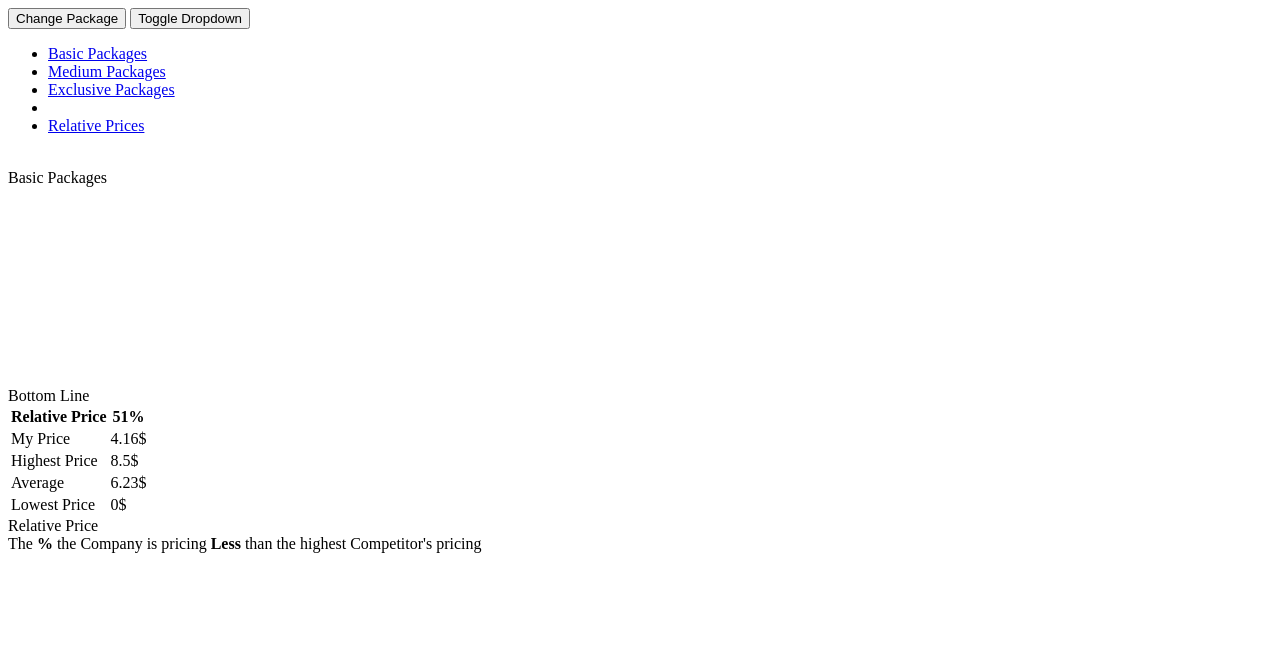
Repository: netaosman/Price-try-course
Page: prixceFrontEnd/src/main/webapp/Prixce_FrontEnd/HTML/Market/pricesPack/BasicPackages.html
The author's editor kept a copy of each file at every save. The page is drawn from the files as they stood at one save, then again after the next save.
The browser window is 1280 px wide. The pictures show the whole page.

Above is the page before, as saved 2017-09-24 15:59:49.

### prixceFrontEnd/src/main/webapp/Prixce_FrontEnd/HTML/Market/pricesPack/BasicPackages.html
<!--  <p class="sub-header">Exclusive Packages</p>-->

<div class="container-fluid">
	<div class="dropdown">
		<!-- Split button -->
		<div class="btn-group">
			<button type="button" class="btn btn-default">Change Package</button>
			<button type="button" class="btn btn-default dropdown-toggle"
				data-toggle="dropdown" aria-haspopup="true" aria-expanded="false">
				<span class="caret"></span> <span class="sr-only">Toggle
					Dropdown</span>
			</button>
			<ul class="dropdown-menu">
				<li><a href="#/BasicPackages">Basic Packages</a></li>
				<li><a href="#/MedPackages">Medium Packages</a></li>
				<li><a href="#/HighPackages">Exclusive Packages</a></li>
				<li role="separator" class="divider"></li>
				<li><a href="#/RelativePrices">Relative Prices</a></li>
			</ul>
		</div>
	</div>
	<br>
	<div class="row placeholders">
		<div class="col-xs-12 col-md-8 col-lg-8"
			ng-controller="PricesBasicCtrl">
			<div class="panel panel-default-1">
				<div class="panel-heading">Basic Packages</div>
				<div class="panel-body">
					<!-- <div class="panel-title">Prices</div> -->
					<canvas id="base" class="chart-horizontal-bar" chart-data="data"
						chart-labels="labels" chart-colors="colors" height="200">
                                </canvas>
				</div>
			</div>
		</div>
		<div class="col-xs-12 col-md-4 col-lg-4">
			<div class="panel panel-default-1">
				<div class="panel-heading">Bottom Line</div>
				<div class="panel-body">
					<table class="table">
						<thead>
							<tr>
								<th class="relative">Relative Price</th>
								<th class="relative-price">51%</th>
							</tr>
						</thead>
						<tbody>
							<tr>
								<td class="title-prices"><span
									class="glyphicon glyphicon-hand-right" aria-hidden="true"></span>
									My Price</td>
								<td class="prices">4.16$</td>
							</tr>
							<tr>
								<td class="title-prices"><span
									class="glyphicon glyphicon-hand-up" aria-hidden="true"></span>
									Highest Price</td>
								<td class="prices">8.5$</td>
							</tr>
							<tr>
								<td class="title-prices"><span
									class="glyphicon glyphicon-hand-left" aria-hidden="true"></span>
									Average</td>
								<td class="prices">6.23$</td>
							</tr>
							<tr>
								<td class="title-prices"><span
									class="glyphicon glyphicon-thumbs-down" aria-hidden="true"></span>
									Lowest Price</td>
								<td class="prices">0$</td>
							</tr>
						</tbody>

					</table>
				</div>
			</div>
		</div>
		<div class="col-xs-12 col-md-4 col-lg-4">
			<div class="panel panel-default-1">
				<div class="panel-title">Relative Price</div>
				<div class="panel-body">The <b>%</b> the Company is pricing <b>Less</b> than
					the highest Competitor's pricing</div>
			</div>
		</div>
	</div>
</div>

After the next save:
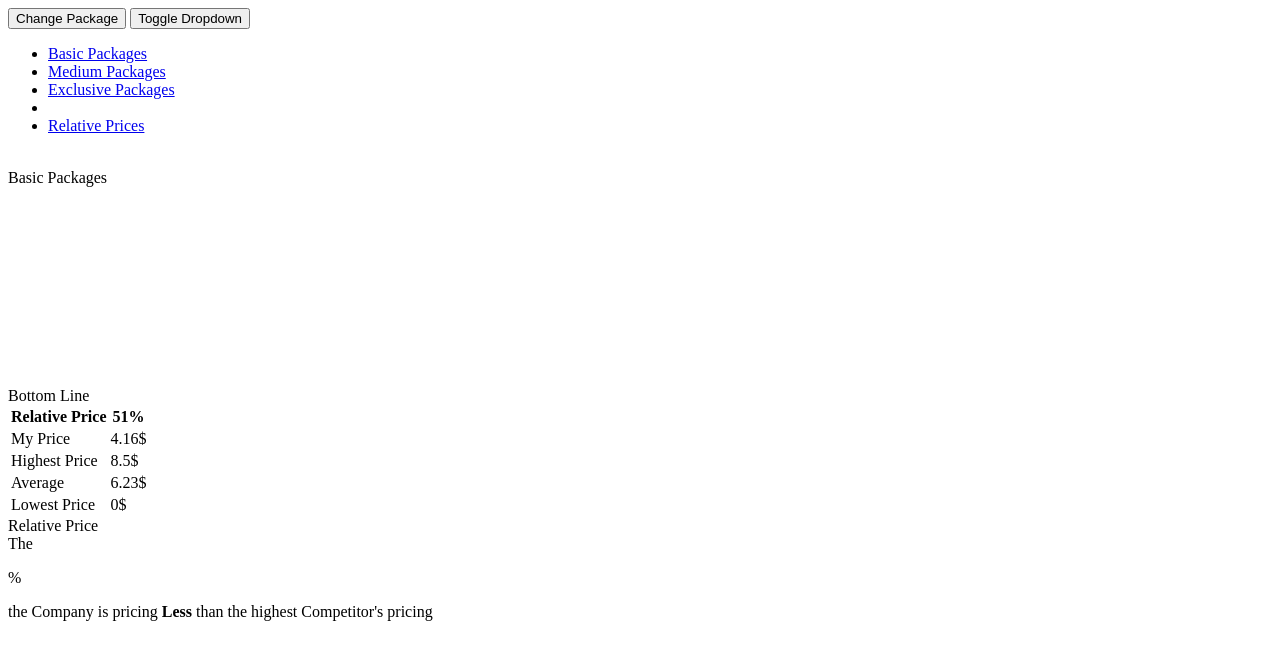
Saved 3 min 20 s later.
--- a/prixceFrontEnd/src/main/webapp/Prixce_FrontEnd/HTML/Market/pricesPack/BasicPackages.html
+++ b/prixceFrontEnd/src/main/webapp/Prixce_FrontEnd/HTML/Market/pricesPack/BasicPackages.html
@@ -78,7 +78,7 @@
 		<div class="col-xs-12 col-md-4 col-lg-4">
 			<div class="panel panel-default-1">
 				<div class="panel-title">Relative Price</div>
-				<div class="panel-body">The <b>%</b> the Company is pricing <b>Less</b> than
+				<div class="panel-body">The <p color="#fff">%</p> the Company is pricing <b>Less</b> than
 					the highest Competitor's pricing</div>
 			</div>
 		</div>
